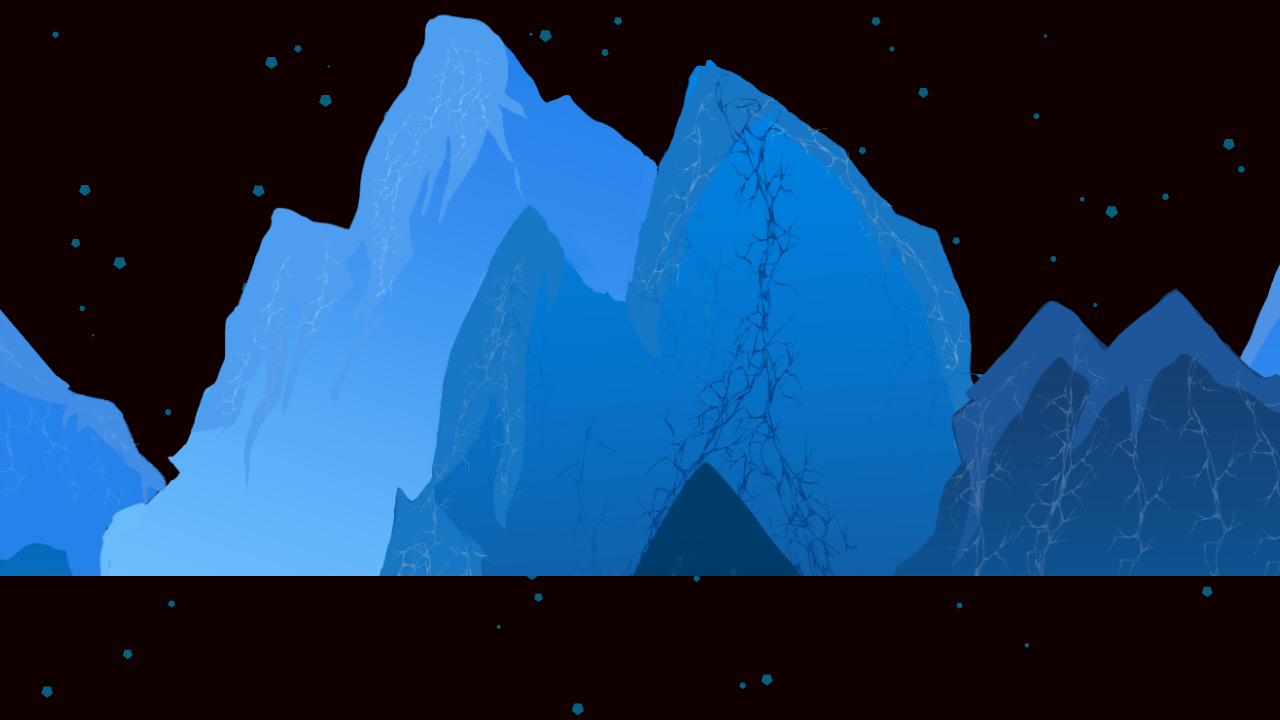
Repository: TMuse333/quantumDesigns
Page: /
An editor plug-in stored every save of this project. The page is shown before and after the next save, followed by the edit.
The browser window is 1280 px wide. The pictures show the whole page.
The project was rebuilt for these pictures with package versions that can differ from the ones it lists, and the page was loaded fresh each time. Also part of the build but not shown: vite.config.js, src/styles/navbar.css, src/components/navbar.jsx, src/styles/work.css, src/components/skillDesc.js, src/components/work.jsx, src/styles/testimonial.css, src/components/testimonials.jsx and 31 more. Imported but missing from the stored project, and not drawn on this page: src/images/best_dunk.mp4.

Above is the page before, as saved 2024-01-26 10:44:20.

After the next save:
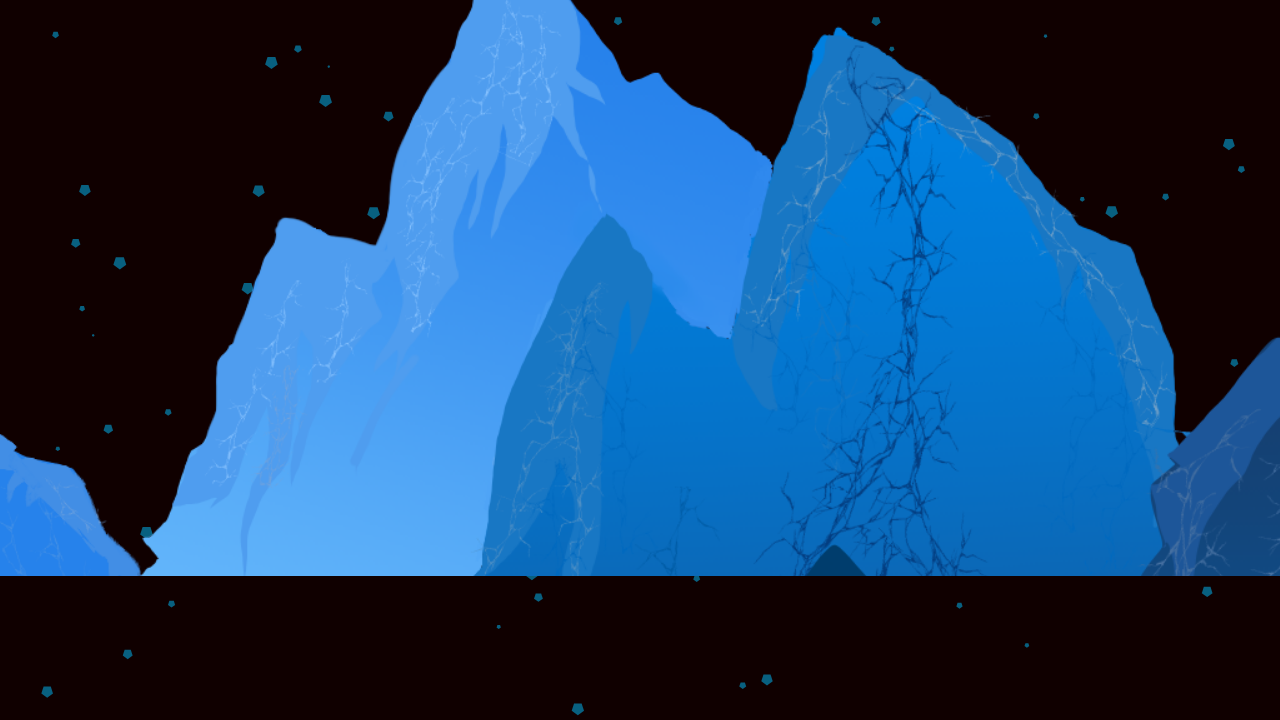
Saved 6 s later.
--- a/src/styles/hero3.css
+++ b/src/styles/hero3.css
@@ -3,7 +3,7 @@
 
   background-repeat: no-repeat;
   width:100vw;
-  background-size: auto 1050px;
+  background-size: auto 1350px;
   background-position: 20% 30%;
   background-image: url(src/images/no-bg-mountain.png);
   height:80vh;
